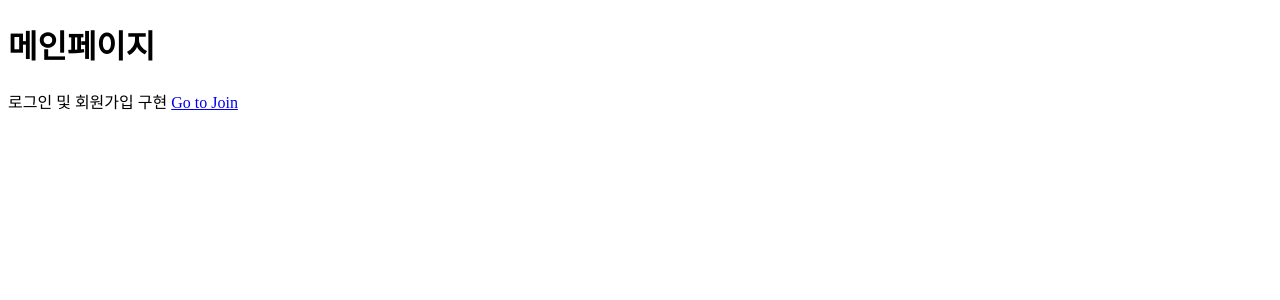
Repository: kjm541006/Ezen
Page: project/src/main/resources/static/index.html
These files come from the project's save history. The page is drawn as it stood at one moment and after the next save; the edit follows.
The browser window is 1280 px wide. The pictures show the whole page.

Above is the page before, as saved 2023-06-07 07:26:57.

After the next save:
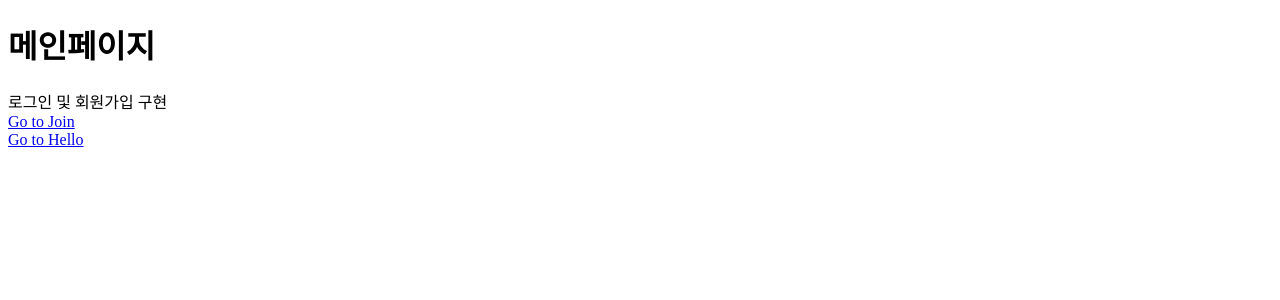
Saved 26 s later.
--- a/project/src/main/resources/static/index.html
+++ b/project/src/main/resources/static/index.html
@@ -7,6 +7,9 @@
 <body>
 	<h1>메인페이지</h1>
 	<span>로그인 및 회원가입 구현</span>
+	<br />
 	<a href="/join">Go to Join</a>
+	<br />
+	<a href="/hello">Go to Hello</a>
 </body>
 </html>
